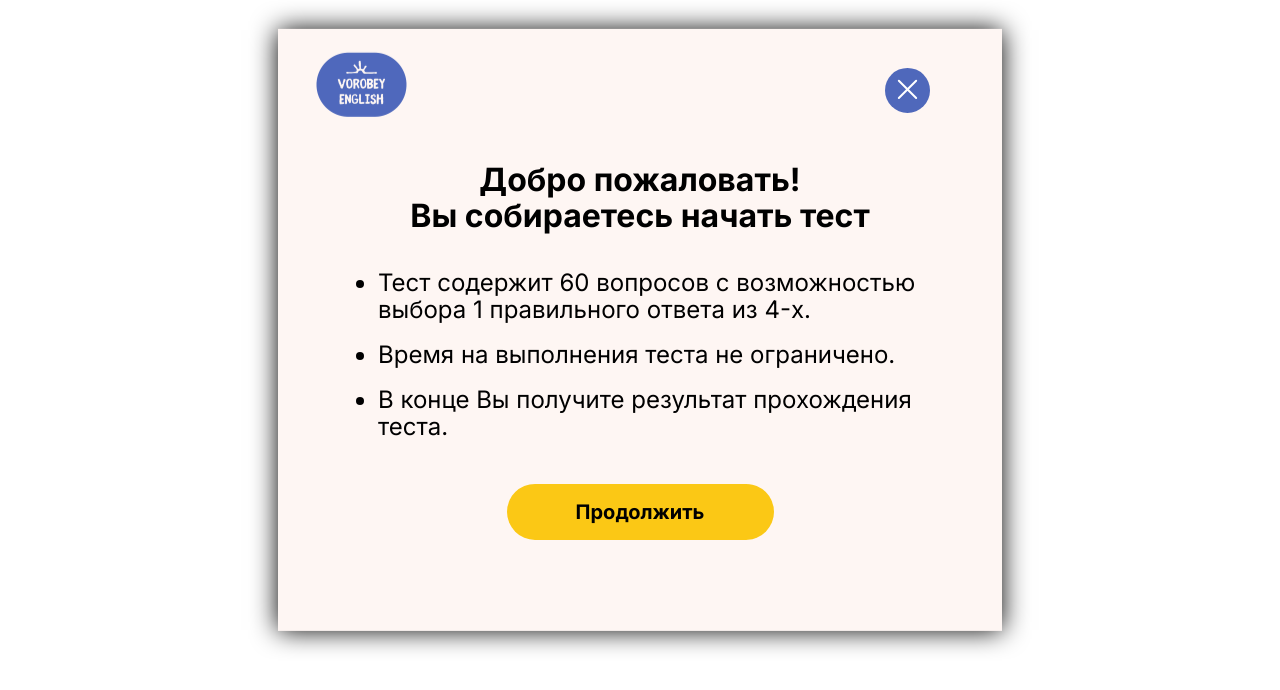
Repository: WladimirVA/PP-01-01_Dandelions
Page: next_test.html
An editor plug-in stored every save of this project. The page is shown before and after the next save, followed by the edit.
The browser window is 1280 px wide. The pictures show the whole page.
The pointer rests on the first visible `.submit_button`.

Above is the page before, as saved 2023-01-30 17:54:16.

After the next save:
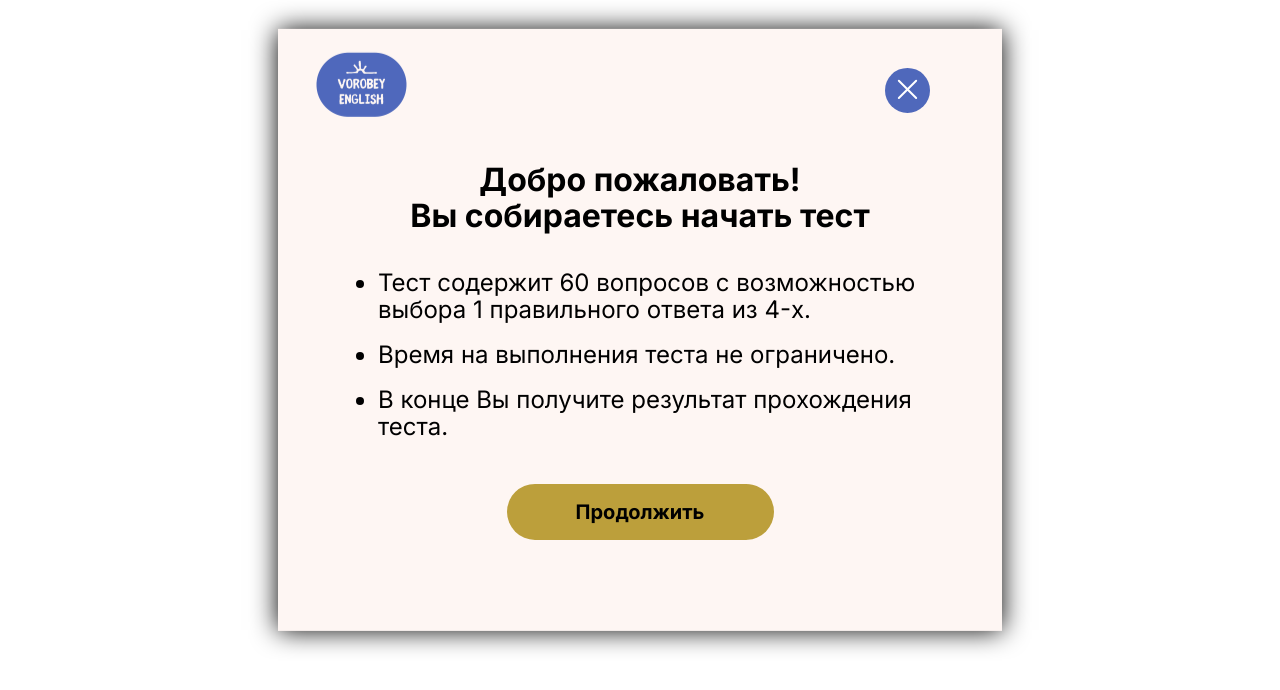
Saved 3 min 58 s later.
--- a/static/css/name.css
+++ b/static/css/name.css
@@ -82,6 +82,14 @@ body {
     cursor: pointer;
 }
 
+.submit_button:hover {
+    background-color: #BC9F3B;
+}
+
+.submit_button:active {
+    background-color: #FDE07D;
+}
+
 .info p {
     text-align: center;
     font-family: 'Inter';
